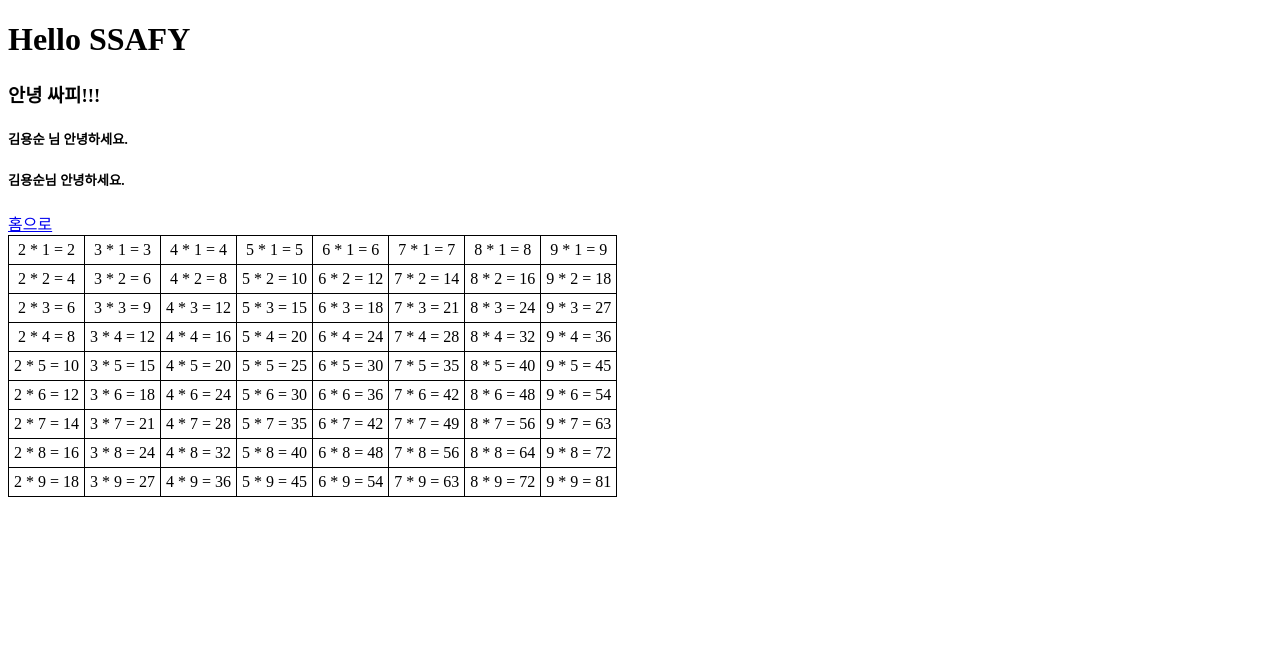
Repository: s00ngle/SSAFY-BE
Page: http://localhost/basic_jsp/hello.jsp
An editor plug-in stored every save of this project. The page is shown before and after the next save, followed by the edit.
The browser window is 1280 px wide. The pictures show the whole page.
The page is served by Tomcat 10. Other server files are loaded and not shown.

Above is the page before, as saved 2024-09-24 01:45:02.

### basic_jsp/src/main/webapp/hello.jsp
<%@ page language="java" contentType="text/html; charset=UTF-8"
    pageEncoding="UTF-8"%>

<%
	String name = "김용순";
%>

<!DOCTYPE html>
<html>
<head>
<meta charset="UTF-8">
<title>구구단</title>
<style>
    table {
        border-collapse: collapse;
    }
    th, td {
        border: 1px solid black;
        padding: 5px;
        text-align: center;
    }
</style>
</head>
<body>
	<h1>Hello SSAFY</h1>
	<h3>안녕 싸피!!!</h3>
	<h5><% out.println(name); %>님 안녕하세요.</h5>
	<h5><%= name %>님 안녕하세요.</h5>
	<a href="/basic_jsp/index.jsp">홈으로</a></br>

	<table>
		<%
			for (int j = 1; j < 10; j++) { // 행: 1부터 9까지
				out.println("<tr>");
				for (int i = 2; i < 10; i++) { // 열: 2부터 9까지
					out.println("<td>" + i + " * " + j + " = " + (i * j) + "</td>");
				}
				out.println("</tr>");
			}
		%>
	</table>
</body>
</html>

After the next save:
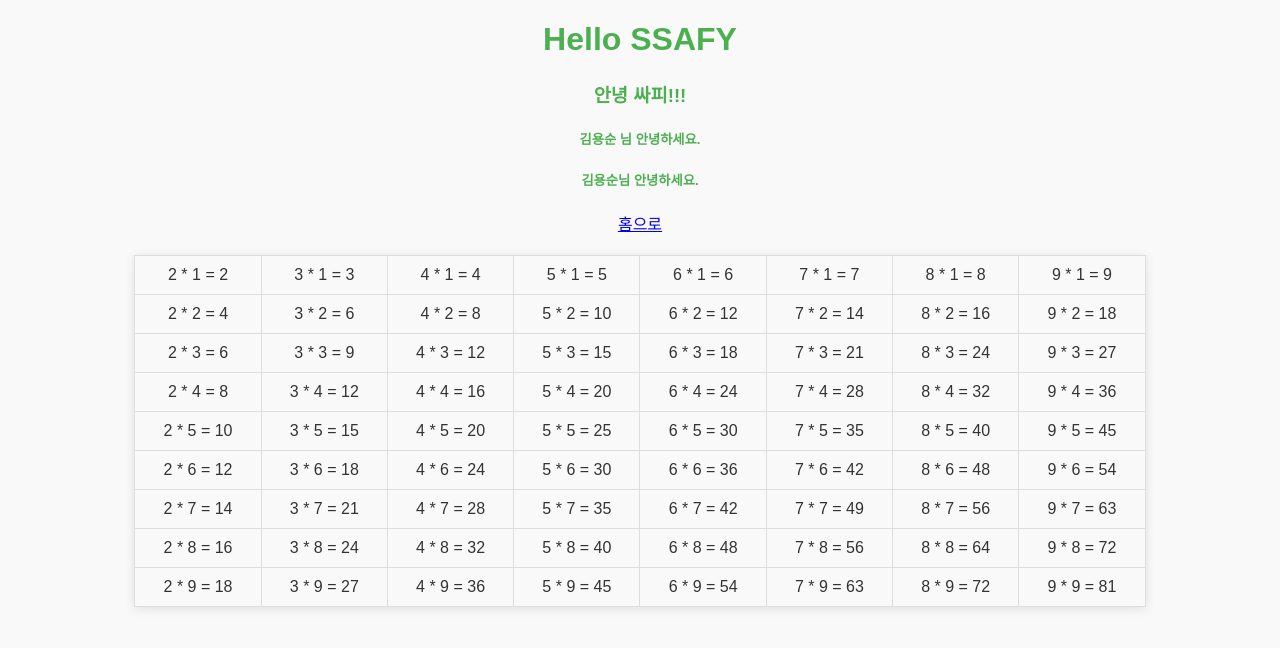
Saved 27 s later.
--- a/basic_jsp/src/main/webapp/hello.jsp
+++ b/basic_jsp/src/main/webapp/hello.jsp
@@ -11,13 +11,33 @@
 <meta charset="UTF-8">
 <title>구구단</title>
 <style>
+    body {
+        font-family: Arial, sans-serif;
+        background-color: #f9f9f9;
+        color: #333;
+        text-align: center;
+    }
     table {
+        margin: 20px auto;
         border-collapse: collapse;
+        width: 80%;
+        box-shadow: 0 2px 10px rgba(0, 0, 0, 0.1);
     }
     th, td {
-        border: 1px solid black;
-        padding: 5px;
+        border: 1px solid #ddd;
+        padding: 10px;
         text-align: center;
+        transition: background-color 0.3s;
+    }
+    th {
+        background-color: #4CAF50;
+        color: white;
+    }
+    td:hover {
+        background-color: #f1f1f1;
+    }
+    h1, h3, h5 {
+        color: #4CAF50;
     }
 </style>
 </head>
